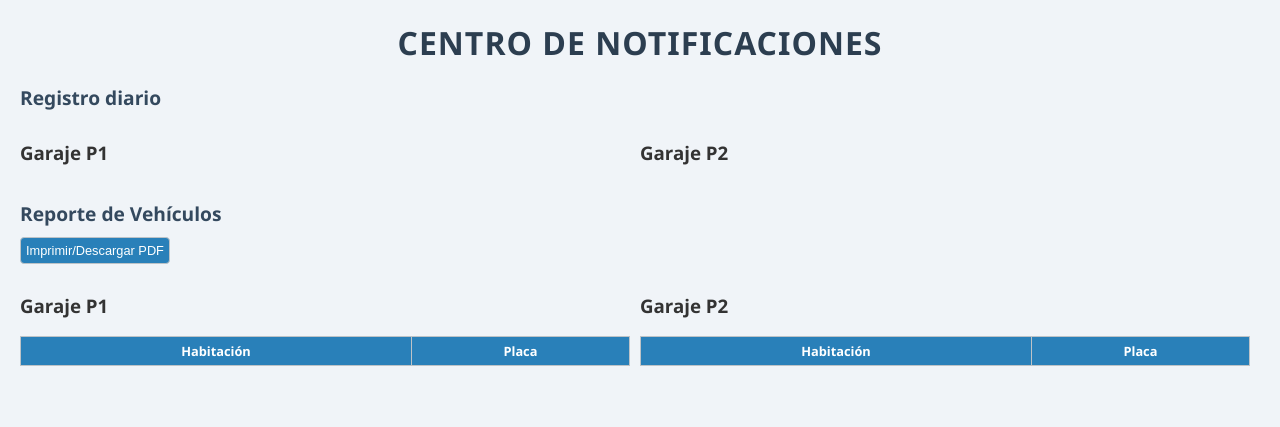
Repository: EddyWebz/REPOSITORIO-BASE-DATOS
Page: privado/report.html
These files come from the project's save history. The page is drawn as it stood at one moment and after the next save; the edit follows.
The browser window is 1280 px wide. The pictures show the whole page.
The page's requests for data from a server got no answer.

Above is the page before, as saved 2024-08-15 14:54:30.

After the next save:
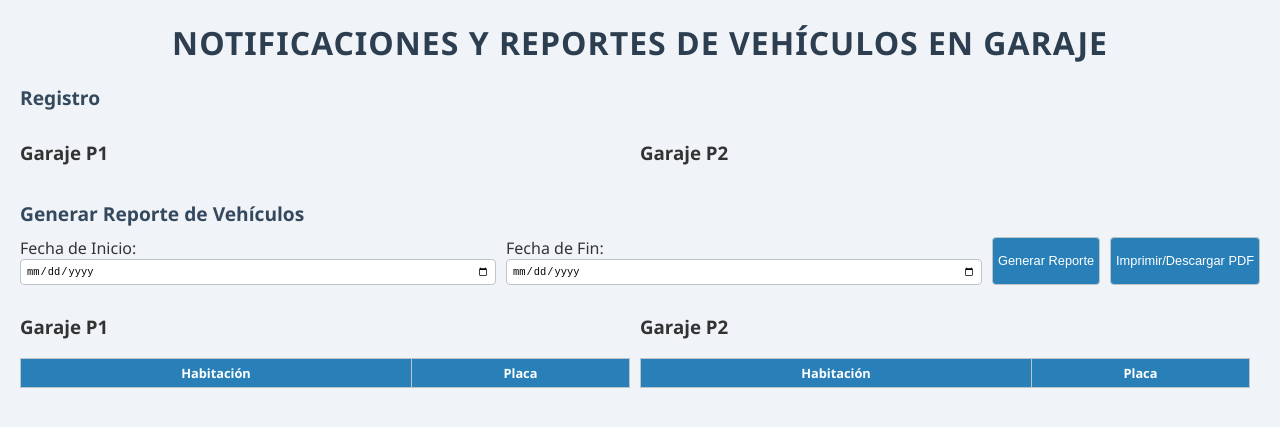
Saved 8 min 15 s later.
--- a/privado/report.html
+++ b/privado/report.html
@@ -10,12 +10,12 @@
 <body>
     <!-- Encabezado de la página -->
     <header>
-        <h1>Centro de Notificaciones</h1>
+        <h1>Notificaciones y Reportes de Vehículos en Garaje</h1>
     </header>
 
     <!-- Sección de Notificaciones Activas -->
     <section id="notificaciones">
-        <h2>Registro diario</h2>
+        <h2>Registro</h2>
         <div class="notificaciones-garajes">
             <div class="garaje">
                 <h3>Garaje P1</h3>
@@ -34,8 +34,17 @@
 
     <!-- Sección de Reportes -->
     <section id="reportes">
-        <h2>Reporte de Vehículos</h2>
+        <h2>Generar Reporte de Vehículos</h2>
         <form id="form-reporte">
+            <div class="form-group">
+                <label for="fecha-inicio">Fecha de Inicio:</label>
+                <input type="date" id="fecha-inicio" name="fecha-inicio" required>
+            </div>
+            <div class="form-group">
+                <label for="fecha-fin">Fecha de Fin:</label>
+                <input type="date" id="fecha-fin" name="fecha-fin" required>
+            </div>
+            <button type="submit">Generar Reporte</button>
             <!-- Botón de Imprimir -->
             <button type="button" id="btn-imprimir">Imprimir/Descargar PDF</button>
         </form>
